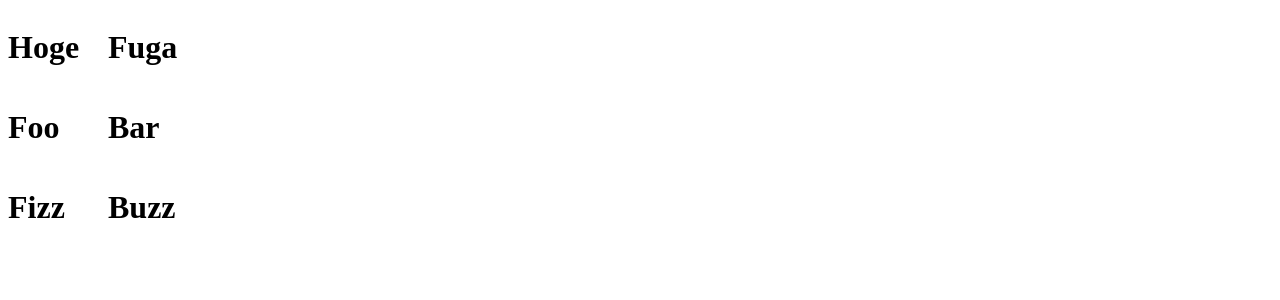
Repository: takahiro-djk/samurai_HTML-CSS
Page: New Folder/CSS Grid.html
The author's editor kept a record of every edit. The page is drawn from the files as they stood at one moment, then again after the next edit.
The browser window is 1280 px wide. The pictures show the whole page.

Above is the page before.

### New Folder/CSS Grid.html
<!DOCTYPE html>
<html lang="en">
<head>
    <meta charset="UTF-8">
    <title>Document</title>
    <style>
        #grid {
            display: grid;
            grid-template-columns: 100px 100px;
        }

    </style>
</head>
<body>
    <div id="grid">
        <h1>Hoge</h1>
        <h1>Fuga</h1>
        <h1>Foo</h1>
        <h1>Bar</h1>
        <h1>Fizz</h1>
        <h1>Buzz</h1>
    </div>
</body>
</html>

After the next edit:
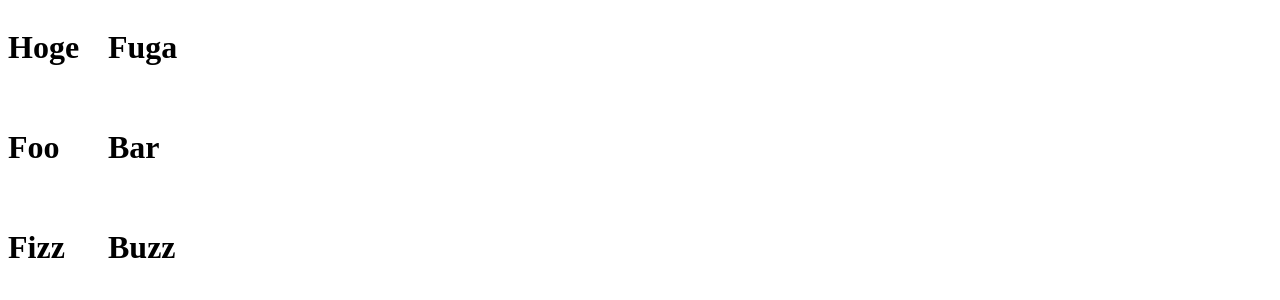
The edit:
--- a/New Folder/CSS Grid.html
+++ b/New Folder/CSS Grid.html
@@ -7,6 +7,7 @@
         #grid {
             display: grid;
             grid-template-columns: 100px 100px;
+            grid-template-rows: 100px 100px 100px;
         }
 
     </style>
